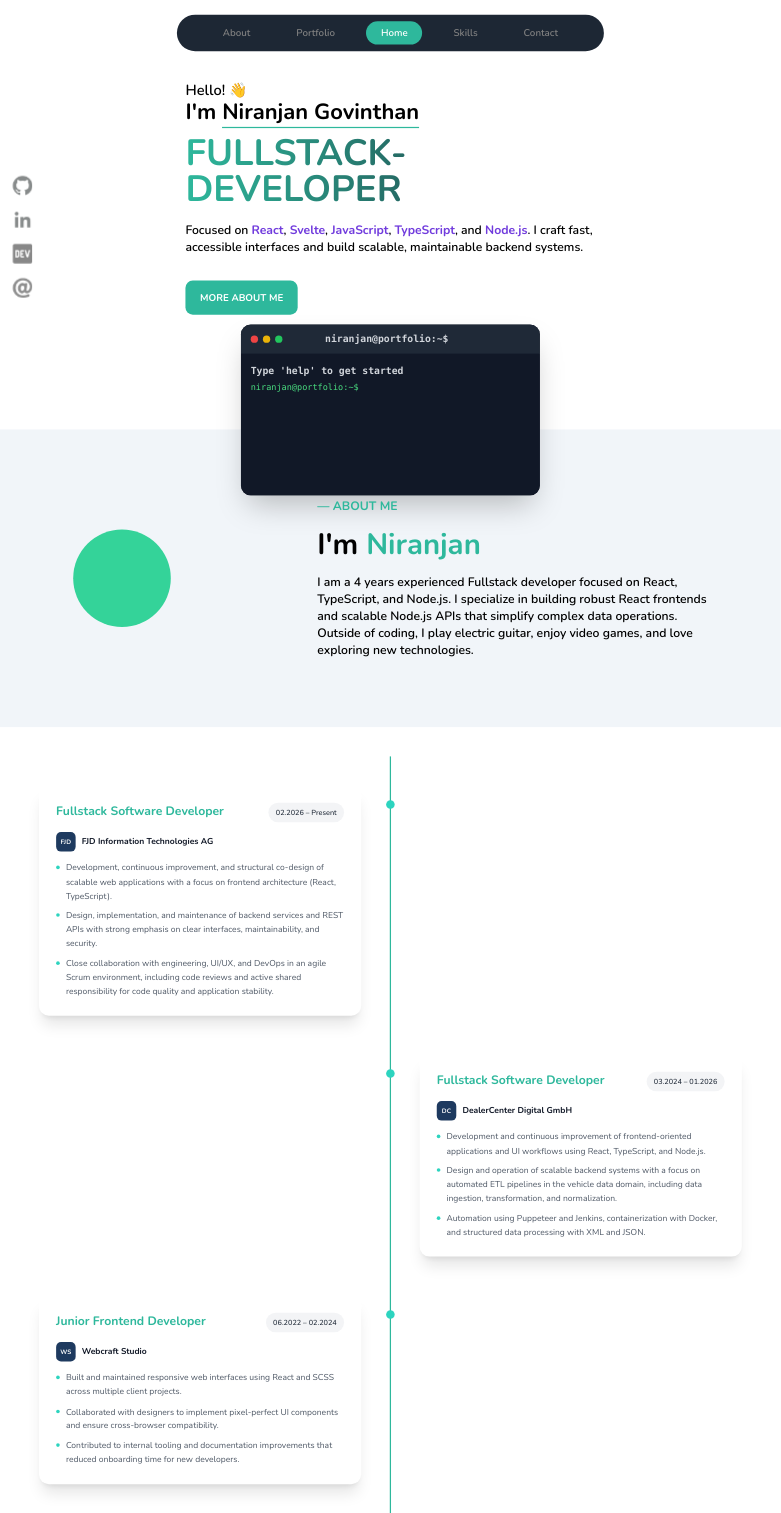
Repository: Niranjan-webdev/My-portfolio
Page: /
These files come from the project's save history. The page is drawn as it stood at one moment and after a run of saves; the edit follows.
The browser window is 1280 px wide. The pictures show the whole page, at 61% of full size.
The project was rebuilt for these pictures with package versions that can differ from the ones it lists, and the page was loaded fresh each time. Also part of the build but not shown: next.config.mjs.

Above is the page before, as saved 2026-03-21 12:16:25.

### src/index.css

body {

  margin: 0;
  font-family: "Nunito", sans-serif;
  -webkit-font-smoothing: antialiased;
  -moz-osx-font-smoothing: grayscale;
}

code {
  font-family: source-code-pro, Menlo, Monaco, Consolas, 'Courier New',
    monospace;
}

### src/App.js
import logo from './logo.svg';
import './App.css';
import { RiHeartFill } from '@remixicon/react'
import { Topnavbar, MainContainer } from './components';
// import Topnavbar from './components/Topnavbar';

function App() {
  return (
   <>
    <Topnavbar/>
    <MainContainer/>
   </>
  );
}

export default App;

### src/App.css
@import url('https://fonts.googleapis.com/css2?family=Fira+Code:wght@300..700&family=Nunito:ital,wght@0,200..1000;1,200..1000&display=swap');

@tailwind base;
@tailwind components;
@tailwind utilities;


.topbar__wrapper{
    @apply w-full flex justify-center
}
.topbar__content{
    @apply  py-2 bg-[#1d2734] mt-6 px-6 py-[18px] rounded-[30px] w-[700px]
}
.topbar__content ul {
   @apply flex justify-evenly
}
.topbar__content ul li{

}
.topbar__content ul li a{
    @apply  font-semibold py-2 px-6 rounded-full
}
/* .topbar__content ul li a:hover{
    @apply  text-lg
} */
.socialmedia__bar a img{
    @apply opacity-50
}
/* .burgerMenu span{
    @apply
} */

### src/components/index.js
export {default as Topnavbar} from "./Topnavbar"
export {default as MainContainer} from "./MainContainer"
export {default as Terminal} from "./terminal"
export {default as Timeline} from "./timeLine"
export {default as TimelineCard} from "./TimelineCard"

export {default as github} from "../assets/github-logo-dark.png"
export {default as linkedIn} from "../assets/linkedin-logo-dark.png"
export {default as DevTo} from "../assets/devto-logo-light.png"
export {default as mail} from "../assets/mail-logo-dark.5ab6061889d3fa3a24ef.png"

### src/components/Topnavbar.js
import { useState } from 'react'
import React from 'react'
import logo from '../assets/logo.svg'

function Topnavbar() {
    const [activeTab, setActiveTab] = useState('Home')
    const [isMenuOpen, setIsMenuOpen] = useState(false)

    const navItems = ['About', 'Portfolio', 'Home', 'Skills', 'Contact']

    const handleTabClick = (tabName) => {
        setActiveTab(tabName)
        console.log('Active tab changed to:', tabName)
    }
    const handleModal = () => {
        setIsMenuOpen(!isMenuOpen)
    }
    return (
        <>
            <div className='topbar__wrapper'>
                <nav className='topbar__content'>
                    <ul className=''>
                        {navItems.map((item) => (
                            <li key={item}>
                                <a
                                    onClick={() => handleTabClick(item)}
                                    className={`cursor-pointer transition-colors duration-200 ${activeTab === item
                                            ? 'bg-[#2eb89c] text-white font-semibold px-4 py-2 rounded'
                                            : 'text-[#808080] hover:text-[#2eb89c] px-4 py-2'
                                        }`}
                                >
                                    {item}
                                </a>
                            </li>
                        ))}
                    </ul>
                </nav>
            </div>
           {/* <div className='responsive__topbar fixed bg-white z-50'>
                <button className='burgerMenu fixed right-10 top-10 flex flex-col gap-[3px]'
                onClick={handleModal}>
                    <span className={`px-[12px] py-[2px] bg-black w-full rounded transition-transform duration-300
                      ${  isMenuOpen? 'rotate-45 translate-y-1.5' : ''
                    }`}
                   ></span>
                    <span className={`px-[12px] py-[2px] bg-black w-full rounded
                         ${  isMenuOpen? 'opacity-0' : ''
                }`}></span>
                    <span className={`px-[12px] py-[2px] bg-black w-full rounded transition-transform duration-300
                      ${  isMenuOpen? '-rotate-45 -translate-y-1.5' : ''
                    }`}></span>
                </button>
                <ul className={`responsive__content h-screen w-screen flex flex-col items-center justify-evenly
                ${isMenuOpen ? 'h-screen opacity-100' : 'max-h-0 opacity-0'}`}>
                {navItems.map((item) => (
                            <li key={item}>
                                <a
                                    onClick={() => handleTabClick(item)}
                                    className={"text-2xl font-bold"}>
                                    {item}
                                </a>
                            </li>
                        ))}
                </ul>
            </div>  */}
        </>
    )
}

export default Topnavbar

### src/components/MainContainer.js
import React from 'react'
import hero from '../assets/hero.png'
import logoOutline from '../assets/logo-outline.svg'
import dotcircles from '../assets/dotcircles.svg'
import { Terminal, github, linkedIn, mail, DevTo } from "./index"
import TimeLine from './timeLine'
// import OwlCarousel from 'react-owl-carousel';
// import 'owl.carousel/dist/assets/owl.carousel.css';
// import 'owl.carousel/dist/assets/owl.theme.default.css';

function MainContainer() {
    return (
        <>
            {/* Hero Banner start */}
            <section className='w-full'>
                {/* Social media bar */}
                <div className='socialmedia__bar ml-[1.3rem] fixed top-[40%] flex md:flex-col flex-col gap-6 w-[32px]'>
                    <a><img src={github} /></a>
                    <a><img src={linkedIn} /></a>
                    <a><img src={DevTo} /></a>
                    <a><img src={mail} /></a>
                </div>
                {/* Social media bar */}
                <div className='hero__banner h-[calc(100vh-100px)] flex items-center justify-around px-[5rem] py-[3rem] md:flex flex-wrap gap-4'>
                    <div className='banner__content w-3/5'>
                        <h4 className='text-2xl font-semibold'>Hello! 👋</h4>
                        <h2 className='text-4xl mb-4 font-bold'>I'm <span className='border-b-2 border-[#2eb89c]'>Niranjan Govinthan</span></h2>
                        <h1 className='text-6xl mb-6 font-bold bg-gradient-to-r from-[#2eb89c] to-[#1d2734] text-transparent bg-clip-text'>FULLSTACK-DEVELOPER</h1>
                        <p className='text-xl mb-10 font-semibold'>Focused on  <span className='text-[#713cdd] font-bold'>React</span>,  <span className='text-[#713cdd] font-bold'>Svelte</span>, <span className='text-[#713cdd] font-bold'>JavaScript</span>, <span className='text-[#713cdd] font-bold'>TypeScript</span>, and <span className='text-[#713cdd] font-bold'>Node.js</span>. I craft fast, accessible interfaces and build scalable, maintainable backend systems.</p>
                        <button className='py-4 px-6 bg-[#2eb89c] hover:bg-[#79cdb9] rounded-[12px] text-white text-base font-bold'>MORE ABOUT ME</button>
                    </div>
                    <Terminal />
                </div>
            </section>
            {/* Hero Banner end */}

            {/* About me */}
            <section className=' about__me flex bg-[#f1f5f9]'>
                <div className='about__container w-full py-[7rem] flex items-center justify-around'>
                    <div className='profile'>
                        <div className='p-20 rounded-full bg-emerald-400'></div>
                    </div>
                    <div className='about__content w-1/2'>
                        <h4 className='text-xl font-bold text-[#2eb89c] mb-6'>— ABOUT ME</h4>
                        <h2 className='text-5xl text-[#2eb89c] mb-6 font-bold'><span className='text-black'>I'm</span> Niranjan</h2>
                        <p className='text-xl font-[600]'>I am a 4 years experienced Fullstack developer focused on React, TypeScript, and Node.js. I specialize in building robust React frontends and scalable Node.js APIs that simplify complex data operations. Outside of coding, I play electric guitar, enjoy video games, and love exploring new technologies.</p>
                    </div>
                </div>

            </section>
            <TimeLine/>
            {/* About me */}
        </>
    )
}

export default MainContainer

### src/components/terminal.js
import React, { useState, useEffect, useRef } from 'react';

const Terminal = () => {
  const [input, setInput] = useState('');
  const [history, setHistory] = useState([
    { type: 'output', content: "Type 'help' to get started" }
  ]);
  const [currentPath, setCurrentPath] = useState('~');
  const [commandHistory, setCommandHistory] = useState([]);
  const [historyIndex, setHistoryIndex] = useState(-1);
  const inputRef = useRef(null);
  const terminalRef = useRef(null);

  // Sample file system structure
  const fileSystem = {
    '~': {
      type: 'directory',
      contents: {
        'projects': {
          type: 'directory',
          contents: {
            'portfolio': { type: 'directory', contents: {} },
            'blog': { type: 'directory', contents: {} },
            'README.md': { type: 'file', content: 'Welcome to my projects!' }
          }
        },
        'documents': {
          type: 'directory',
          contents: {
            'resume.pdf': { type: 'file', content: 'Resume file' },
            'notes.txt': { type: 'file', content: 'Personal notes' }
          }
        },
        'about.txt': { type: 'file', content: 'Full-stack developer passionate about creating amazing web experiences.' }
      }
    }
  };

  // Available commands
  const commands = {
    help: () => [
      'Available commands:',
      '  help     - Show this help message',
      '  clear    - Clear the terminal',
      '  ls       - List directory contents',
      '  cd       - Change directory',
      '  cat      - Display file contents',
      '  pwd      - Show current directory',
      '  whoami   - Display user information',
      '  date     - Show current date',
      '  echo     - Display text',
      '  about    - About me',
      '  skills   - My technical skills',
      '  contact  - Contact information'
    ],
    clear: () => {
      setHistory([]);
      return [];
    },
    ls: () => {
      const currentDir = getCurrentDirectory();
      if (currentDir && currentDir.contents) {
        return Object.keys(currentDir.contents).map(item => {
          const itemObj = currentDir.contents[item];
          return itemObj.type === 'directory' ? `📁 ${item}/` : `📄 ${item}`;
        });
      }
      return ['Directory not found'];
    },
    pwd: () => [currentPath],
    whoami: () => ['niranjan-dev'],
    date: () => [new Date().toString()],
    about: () => [
      'Hi! I\'m Niranjan, a Full-stack Developer',
      'Focused on JavaScript, Svelte, React, and Node.js',
      'I craft fast, accessible interfaces and build scalable,',
      'maintainable backend systems.',
      '',
      'Currently exploring new technologies and building',
      'innovative web solutions.'
    ],
    skills: () => [
      'Technical Skills:',
      '• Frontend: Svelte, React, TypeScript, JavaScript, HTML5, CSS3',
      '• Backend: Node.js, Express',
      '• Database: MongoDB',
      '• Tools: Git, Linux',
    ],
    contact: () => [
      'Get in touch:',
      '• Email: niranjan.g2k@gmail.com',
      '• GitHub: github.com/niranjanUidev',
      '• LinkedIn: linkedin.com/in/niranjan-dev',
      '• Website: niranjan-dev.de'
    ]
  };

  const getCurrentDirectory = () => {
    const pathParts = currentPath.split('/').filter(part => part !== '');
    let current = fileSystem['~'];

    for (const part of pathParts) {
      if (part === '~') continue;
      if (current.contents && current.contents[part]) {
        current = current.contents[part];
      } else {
        return null;
      }
    }
    return current;
  };

  const processCommand = (cmd) => {
    const trimmedCmd = cmd.trim();
    if (!trimmedCmd) return;

    const [command, ...args] = trimmedCmd.split(' ');

    // Add to command history
    setCommandHistory(prev => [...prev, trimmedCmd]);
    setHistoryIndex(-1);

    // Add command to history display
    setHistory(prev => [...prev, { type: 'command', content: `> ${trimmedCmd}` }]);

    if (commands[command]) {
      const result = commands[command](args);
      if (result.length > 0) {
        setHistory(prev => [...prev, { type: 'output', content: result }]);
      }
    } else if (command === 'echo') {
      setHistory(prev => [...prev, { type: 'output', content: [args.join(' ')] }]);
    } else if (command === 'cat') {
      const filename = args[0];
      const currentDir = getCurrentDirectory();
      if (currentDir && currentDir.contents && currentDir.contents[filename]) {
        const file = currentDir.contents[filename];
        if (file.type === 'file') {
          setHistory(prev => [...prev, { type: 'output', content: [file.content] }]);
        } else {
          setHistory(prev => [...prev, { type: 'output', content: [`cat: ${filename}: Is a directory`] }]);
        }
      } else {
        setHistory(prev => [...prev, { type: 'output', content: [`cat: ${filename}: No such file or directory`] }]);
      }
    } else if (command === 'cd') {
      const dir = args[0] || '~';
      if (dir === '~') {
        setCurrentPath('~');
      } else if (dir === '..') {
        const pathParts = currentPath.split('/').filter(part => part !== '');
        pathParts.pop();
        setCurrentPath(pathParts.length > 0 ? pathParts.join('/') : '~');
      } else {
        const currentDir = getCurrentDirectory();
        if (currentDir && currentDir.contents && currentDir.contents[dir] && currentDir.contents[dir].type === 'directory') {
          setCurrentPath(currentPath === '~' ? dir : `${currentPath}/${dir}`);
        } else {
          setHistory(prev => [...prev, { type: 'output', content: [`cd: ${dir}: No such file or directory`] }]);
        }
      }
    } else {
      setHistory(prev => [...prev, { type: 'output', content: [`Command not found: ${command}. Type 'help' for available commands.`] }]);
    }
  };

  const handleKeyDown = (e) => {
    if (e.key === 'Enter') {
      e.preventDefault();
      processCommand(input);
      setInput('');
    } else if (e.key === 'ArrowUp') {
      e.preventDefault();
      if (commandHistory.length > 0) {
        const newIndex = historyIndex === -1 ? commandHistory.length - 1 : Math.max(0, historyIndex - 1);
        setHistoryIndex(newIndex);
        setInput(commandHistory[newIndex]);
      }
    } else if (e.key === 'ArrowDown') {
      e.preventDefault();
      if (historyIndex !== -1) {
        const newIndex = historyIndex + 1;
        if (newIndex >= commandHistory.length) {
          setHistoryIndex(-1);
          setInput('');
        } else {
          setHistoryIndex(newIndex);
          setInput(commandHistory[newIndex]);
        }
      }
    }
  };

  const handleTerminalClick = () => {
    inputRef.current?.focus();
  };

  useEffect(() => {
    if (terminalRef.current) {
      terminalRef.current.scrollTop = terminalRef.current.scrollHeight;
    }
  }, [history]);

  useEffect(() => {
    inputRef.current?.focus();
  }, []);

  return (
    <div className="w-full max-w-[490px] max-h-[280px] bg-gray-900 rounded-[16px] shadow-2xl overflow-hidden">
      {/* Terminal Header */}
      <div className="bg-gray-800 px-4 py-3 flex items-center justify-between">
        <div className="flex items-center space-x-2">
          <div className="w-3 h-3 bg-red-500 rounded-full"></div>
          <div className="w-3 h-3 bg-yellow-500 rounded-full"></div>
          <div className="w-3 h-3 bg-green-500 rounded-full"></div>
        </div>
        <div className="text-gray-300 text-base font-bold font-mono">
          niranjan@portfolio:~$
        </div>
        <div className="w-16"></div>
      </div>

      {/* Terminal Content */}
      <div
        ref={terminalRef}
        className="bg-gray-900 text-green-400 font-mono text-sm p-4 h-96 cursor-text overflow-y-auto"
        onClick={handleTerminalClick}
      >
        {history.map((item, index) => (
          <div key={index} className="mb-1">
            {item.type === 'command' ? (
              <div className="text-green-500 text-base font-bold">{item.content}</div>
            ) : (
              <div className="text-gray-300 text-base font-bold">
                {Array.isArray(item.content) ? (
                  item.content.map((line, lineIndex) => (
                    <div key={lineIndex}>{line}</div>
                  ))
                ) : (
                  <div>{item.content}</div>
                )}
              </div>
            )}
          </div>
        ))}

        {/* Input Line */}
        <div className="flex items-center">
          <span className="text-green-400 mr-2">
            niranjan@portfolio:{currentPath}$
          </span>
          <input
            ref={inputRef}
            type="text"
            value={input}
            onChange={(e) => setInput(e.target.value)}
            onKeyDown={handleKeyDown}
            className="flex-1 bg-transparent text-green-400 outline-none font-mono"
            autoComplete="off"
            spellCheck="false"
          />
          {/* <span className="text-green-400 animate-pulse">█</span> */}
        </div>
      </div>
    </div>
  );
};

export default Terminal;

### src/components/timeLine.js
import React from 'react';
import TimelineCard from './TimelineCard';

const timelineData = [
  {
    date: '02.2026 – Present',
    title: 'Fullstack Software Developer',
    company: 'FJD Information Technologies AG',
    companyInitials: 'FJD',
    bullets: [
      'Development, continuous improvement, and structural co-design of scalable web applications with a focus on frontend architecture (React, TypeScript).',
      'Design, implementation, and maintenance of backend services and REST APIs with strong emphasis on clear interfaces, maintainability, and security.',
      'Close collaboration with engineering, UI/UX, and DevOps in an agile Scrum environment, including code reviews and active shared responsibility for code quality and application stability.',
    ],
    side: 'left',
  },
  {
    date: '03.2024 – 01.2026',
    title: 'Fullstack Software Developer',
    company: 'DealerCenter Digital GmbH',
    companyInitials: 'DC',
    bullets: [
      'Development and continuous improvement of frontend-oriented applications and UI workflows using React, TypeScript, and Node.js.',
      'Design and operation of scalable backend systems with a focus on automated ETL pipelines in the vehicle data domain, including data ingestion, transformation, and normalization.',
      'Automation using Puppeteer and Jenkins, containerization with Docker, and structured data processing with XML and JSON.',
    ],
    side: 'right',
  },
  {
    date: '06.2022 – 02.2024',
    title: 'Junior Frontend Developer',
    company: 'Webcraft Studio',
    companyInitials: 'WS',
    bullets: [
      'Built and maintained responsive web interfaces using React and SCSS across multiple client projects.',
      'Collaborated with designers to implement pixel-perfect UI components and ensure cross-browser compatibility.',
      'Contributed to internal tooling and documentation improvements that reduced onboarding time for new developers.',
    ],
    side: 'left',
  },
];

function TimeLine() {
  return (
    <div className="relative w-full py-12 mt-[3rem] px-[4rem]">
      {/* Central vertical line */}
      <div className="absolute left-1/2  top-0 bottom-0 w-[2px] bg-[#2eb89c] -translate-x-1/2" />

      <div className="flex flex-col gap-16 relative">
        {timelineData.map((item, i) => (
          <TimelineCard key={i} item={item} />
        ))}
      </div>
    </div>
  );
}

export default TimeLine;

### src/components/TimelineCard.js
import React from 'react';

function TimelineCard({ item }) {
    const isLeft = item.side === 'left';

    const Card = (
      <div className="bg-white rounded-2xl p-7 shadow-xl hover:shadow-2xl transition-shadow duration-200">
        {/* Header: title + date badge */}
        <div className="flex items-start justify-between gap-3 flex-wrap mb-4">
          <h3 className="text-[#2eb89c] font-bold text-xl leading-snug m-0">
            {item.title}
          </h3>
          <span className="bg-gray-100 text-gray-800 text-xs font-medium px-3 py-2 rounded-full whitespace-nowrap shrink-0">
            {item.date}
          </span>
        </div>

        {/* Company */}
        <div className="flex items-center gap-2.5 mb-4">
          <div className="w-8 h-8 rounded-lg bg-[#1e3a5f] text-white text-[0.65rem] font-bold flex items-center justify-center tracking-wide shrink-0">
            {item.companyInitials}
          </div>
          <span className="text-sm font-bold text-gray-900">{item.company}</span>
        </div>

        {/* Bullets */}
        <ul className="flex flex-col gap-2.5 p-0 m-0 list-none">
          {item.bullets.map((b, i) => (
            <li key={i} className="flex gap-2.5 text-sm text-gray-600 leading-relaxed">
              <span className="w-1.5 h-1.5 rounded-full bg-[#2dd4bf] shrink-0 mt-[7px]" />
              <span>{b}</span>
            </li>
          ))}
        </ul>
      </div>
    );

    return (
      <div className="grid grid-cols-[1fr_48px_1fr] items-start relative">
        {isLeft ? (
          <>
            <div className="pr-6">{Card}</div>
            <div className="flex justify-center pt-6 z-10">
            <div className="w-3.5 h-3.5 rounded-full bg-[#2dd4bf] shrink-0" />
            </div>
            <div />
          </>
        ) : (
          <>
            <div />
            <div className="flex justify-center pt-6 z-10">
            <div className="w-3.5 h-3.5 rounded-full bg-[#2dd4bf] shrink-0" />
            </div>
            <div className="pl-6">{Card}</div>
          </>
        )}
      </div>
    );
  }

  export default TimelineCard;

### tailwind.config.js
/** @type {import('tailwindcss').Config} */
module.exports = {
  content: [
    "./src/**/*.{js,jsx,ts,tsx}",
  ],
  theme: {
    container: {
      margin: "3rem",
    },
    extend: {},
  },
  plugins: [],
}

Loaded but not shown: public/index.html (common file); src/index.js (common file); src/reportWebVitals.js (common file)

After the next 2 saves:
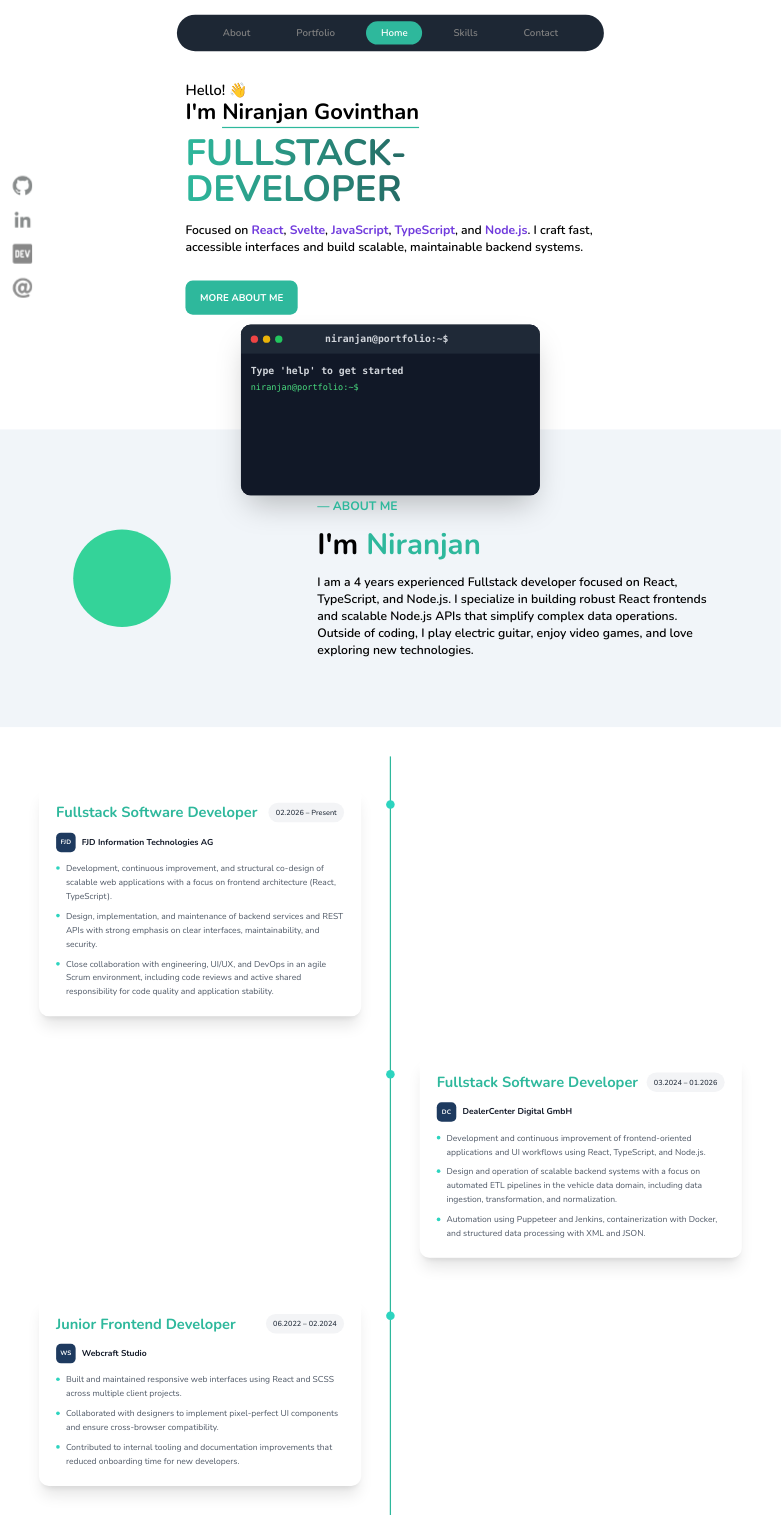
The 2 saves are shown as one change because they came seconds apart.
The last was saved 9 s later.
--- a/src/components/TimelineCard.js
+++ b/src/components/TimelineCard.js
@@ -7,7 +7,7 @@ function TimelineCard({ item }) {
       <div className="bg-white rounded-2xl p-7 shadow-xl hover:shadow-2xl transition-shadow duration-200">
         {/* Header: title + date badge */}
         <div className="flex items-start justify-between gap-3 flex-wrap mb-4">
-          <h3 className="text-[#2eb89c] font-bold text-xl leading-snug m-0">
+          <h3 className="text-[#2eb89c] font-bold text-2xl leading-snug m-0">
             {item.title}
           </h3>
           <span className="bg-gray-100 text-gray-800 text-xs font-medium px-3 py-2 rounded-full whitespace-nowrap shrink-0">
